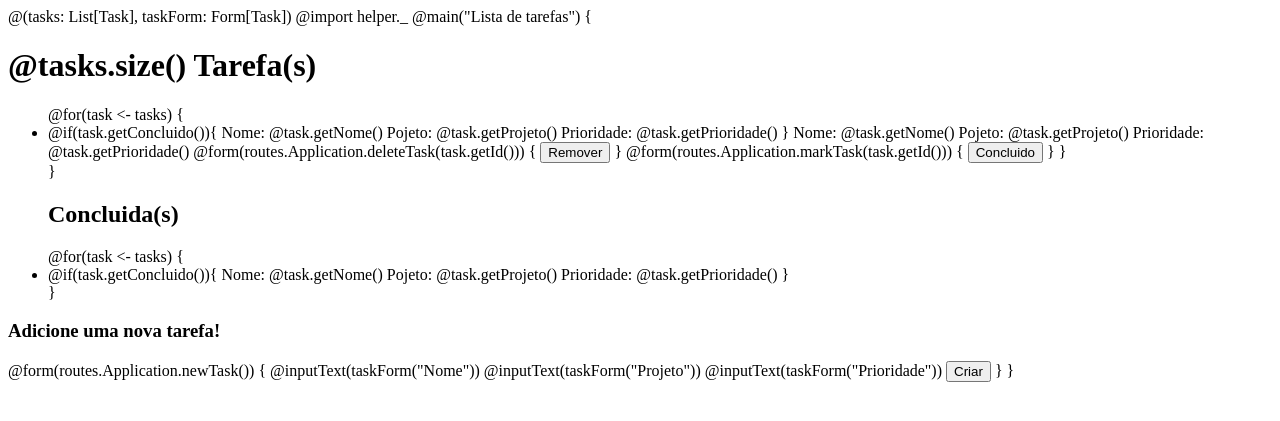
Repository: lcavalcante/si1
Page: lab2/.target/views/index.scala.html
These files come from the project's save history. The page is drawn as it stood at one moment and after the next save; the edit follows.
The browser window is 1280 px wide. The pictures show the whole page.

Above is the page before, as saved 2013-11-27 00:35:35.

### lab2/.target/views/index.scala.html
@(tasks: List[Task], taskForm: Form[Task])

@import helper._

@main("Lista de tarefas") {

    <h1>@tasks.size() Tarefa(s)</h1>

    <ul>
        @for(task <- tasks) {
            <li>
                @if(task.getConcluido()){
                Nome: @task.getNome() Pojeto: @task.getProjeto() Prioridade: @task.getPrioridade()
                }
                Nome: @task.getNome() Pojeto: @task.getProjeto() Prioridade: @task.getPrioridade()

                @form(routes.Application.deleteTask(task.getId())) {
                    <input type="submit" value="Remover">

                }

                @form(routes.Application.markTask(task.getId())) {
                    <input type="submit" value="Concluido">
                }
                }

            </li>
        }
    </ul>

    <ul>
    	 <h2>Concluida(s)</h2>
        @for(task <- tasks) {
            <li>
            	@if(task.getConcluido()){
                Nome: @task.getNome() Pojeto: @task.getProjeto() Prioridade: @task.getPrioridade()
                }

            </li>
        }
    </ul>

    <h3>Adicione uma nova tarefa!</h3>

    @form(routes.Application.newTask()) {

        @inputText(taskForm("Nome"))
        @inputText(taskForm("Projeto"))
        @inputText(taskForm("Prioridade"))

        <input type="submit" value="Criar">

    }

}

After the next save:
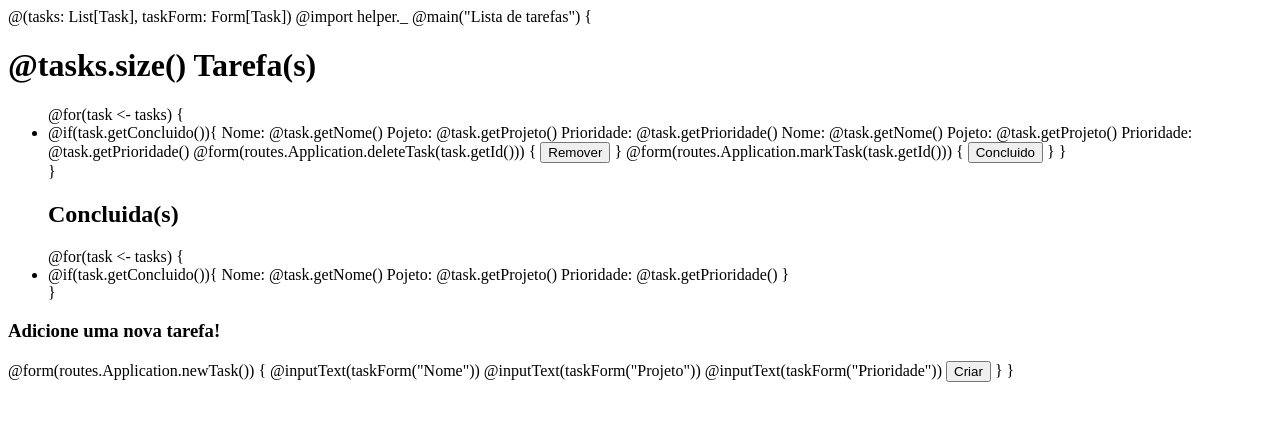
Saved 21 s later.
--- a/lab2/.target/views/index.scala.html
+++ b/lab2/.target/views/index.scala.html
@@ -10,8 +10,9 @@
         @for(task <- tasks) {
             <li>
                 @if(task.getConcluido()){
+
                 Nome: @task.getNome() Pojeto: @task.getProjeto() Prioridade: @task.getPrioridade()
-                }
+
                 Nome: @task.getNome() Pojeto: @task.getProjeto() Prioridade: @task.getPrioridade()
 
                 @form(routes.Application.deleteTask(task.getId())) {
